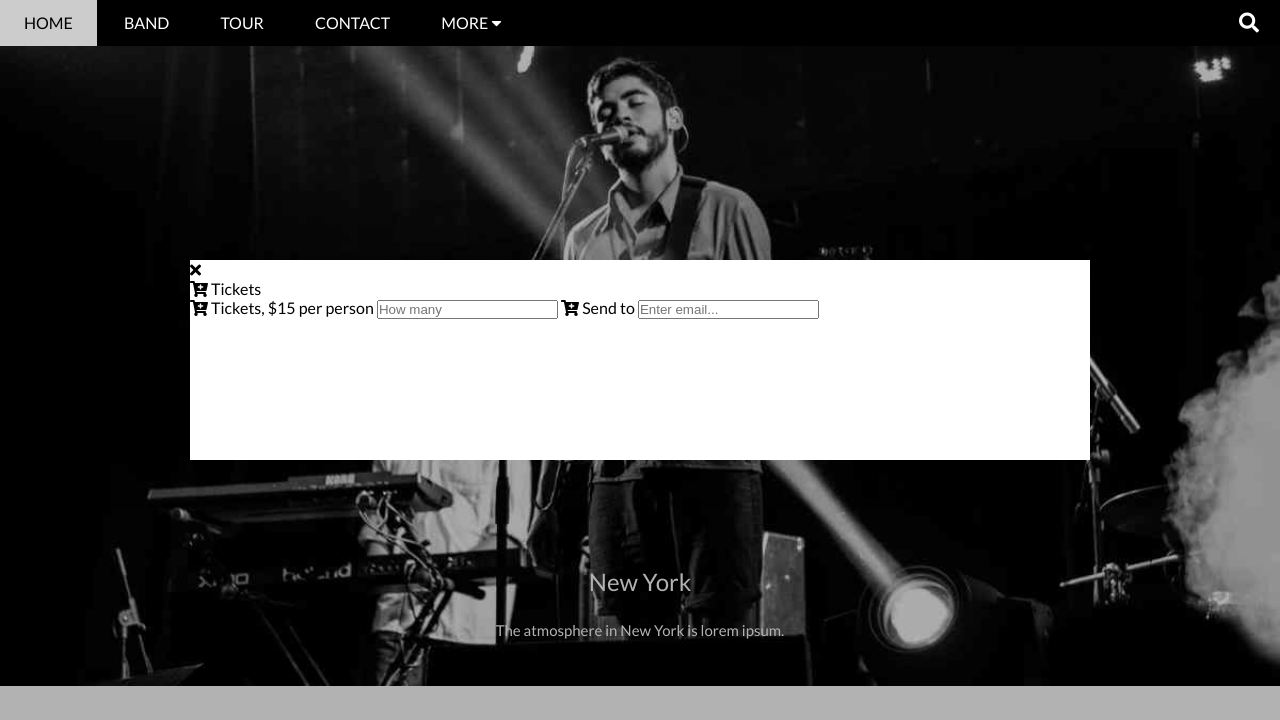
Repository: phunobi1807/theband
Page: index.html
These files come from the project's save history. The page is drawn as it stood at one moment and after the next save; the edit follows.
The browser window is 1280 px wide. The pictures show the window.
A layer covers the whole window, so only the first screen is drawn.

Above is the page before, as saved 2021-07-16 19:43:22.

After the next save:
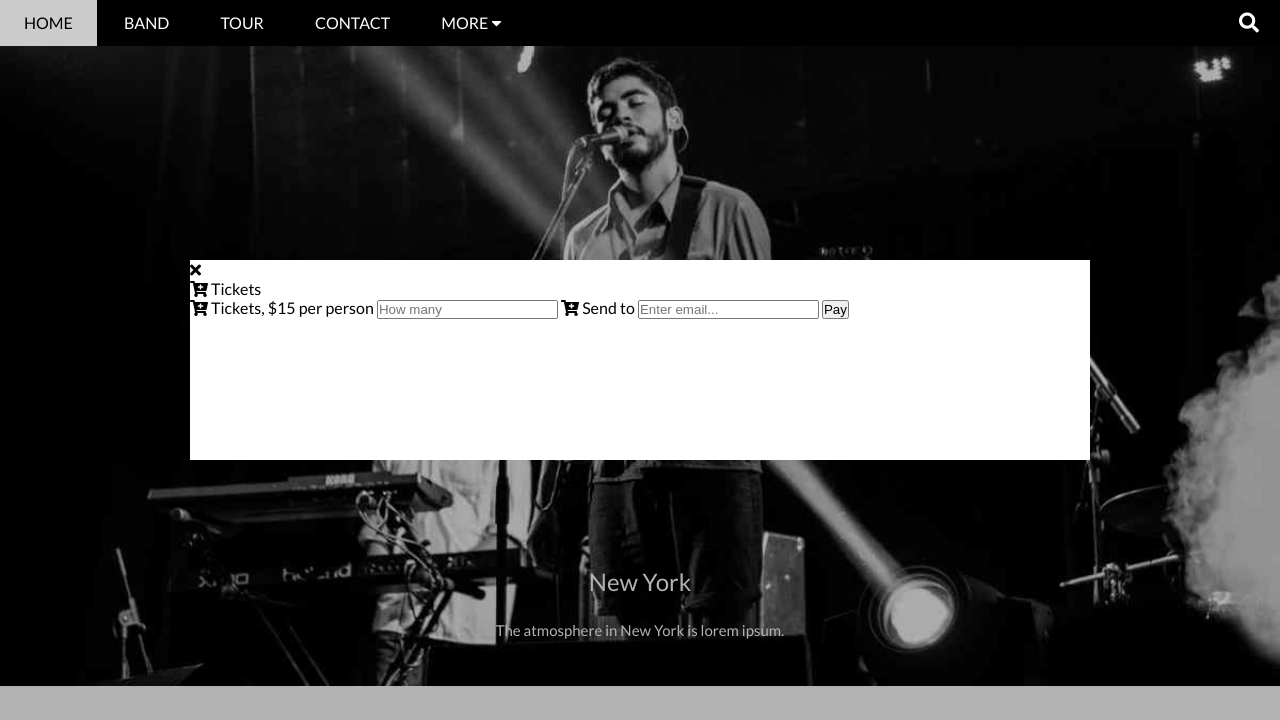
Saved 77 s later.
--- a/index.html
+++ b/index.html
@@ -202,6 +202,7 @@
                     </label>
                     <input type="email" class="modal-input" placeholder="Enter email...">
 
+                    <button id="buy-tickets">Pay</button>
                 </div>
             </div>
     </div>
